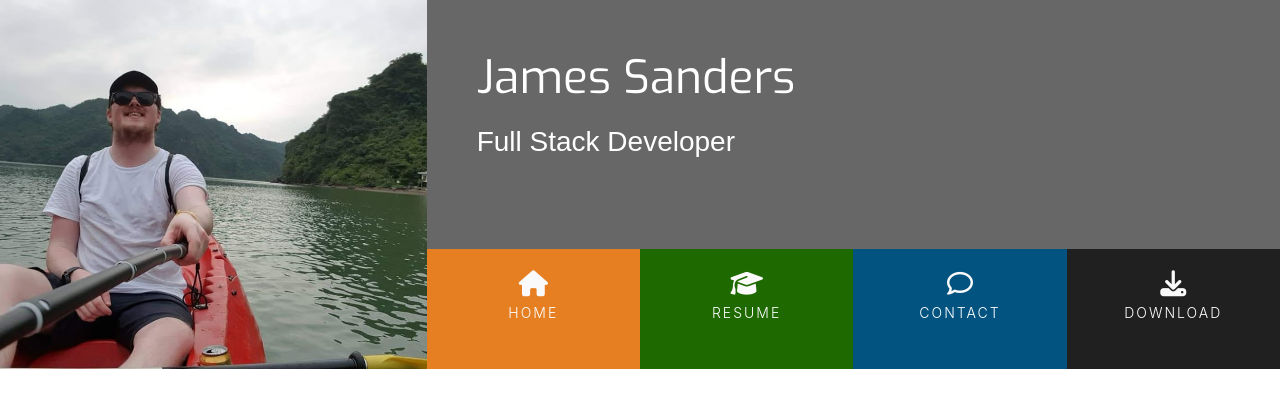
Repository: JaySanders95/my-online-resume
Page: index.html
An editor plug-in stored every save of this project. The page is shown before and after the next save, followed by the edit.
The browser window is 1280 px wide. The pictures show the whole page.
Some web fonts or font styles are not loaded; a fallback is used. Some web libraries are served in a nearby version.

Above is the page before, as saved 2023-04-19 17:16:56.

After the next save:
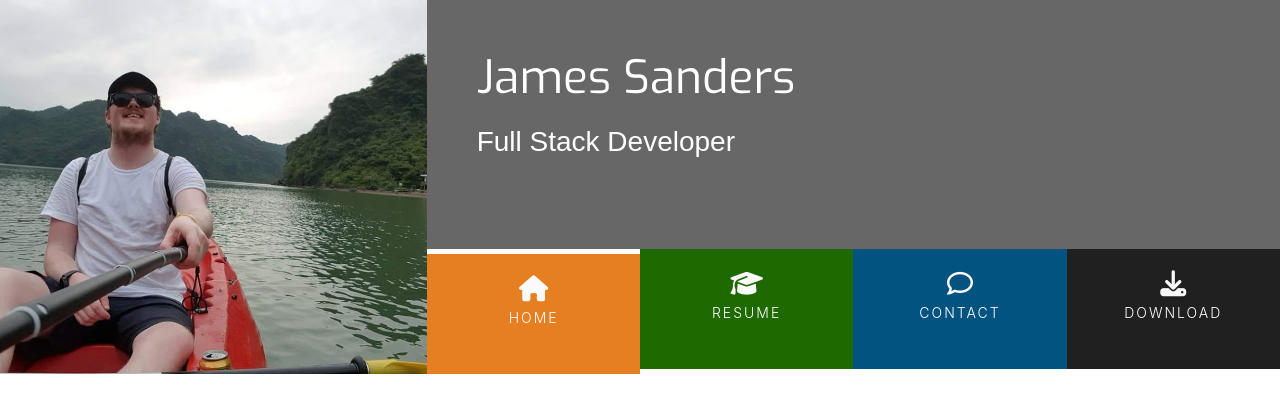
Saved 42 s later.
--- a/index.html
+++ b/index.html
@@ -28,7 +28,7 @@
                     <div class="col">
                         <ul id="nav" class="list-inline menucontainer">
                             <li class="col-6 col-sm-3 ui-menu-color-home list-inline-item menuitem">
-                                <a href="#" ><i class="fa fa-home" aria-hidden="true"></i><span>Home</span></a>
+                                <a href="#" class="hvr-bounce-to-bottom"><i class="fa fa-home" aria-hidden="true"></i><span>Home</span></a>
                             </li>
                             <li class="col-6 col-sm-3 ui-menu-color-resume list-inline-item menuitem">
                                 <a href="#"><i class="fa fa-graduation-cap" aria-hidden="true"></i><span>Resume</span></a>

After the save that followed:
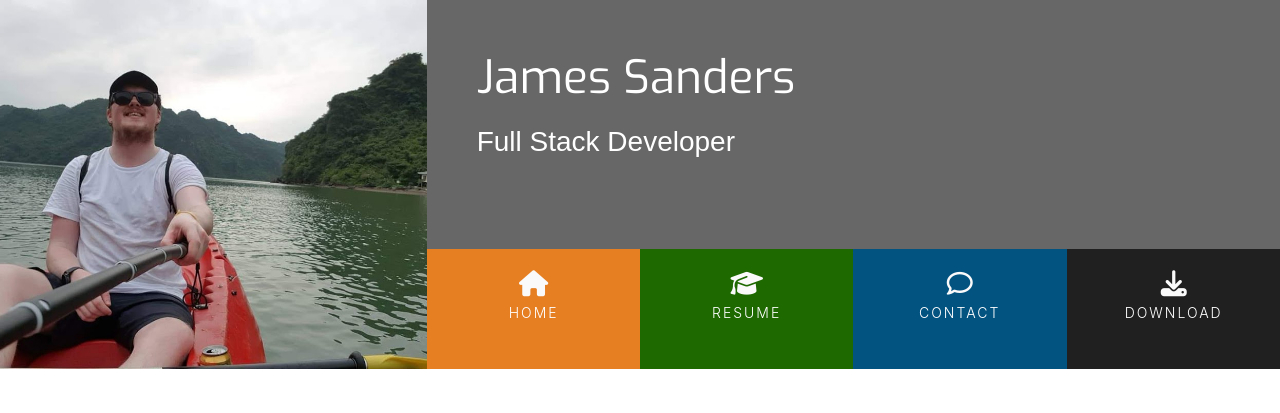
Saved 10 s later.
--- a/index.html
+++ b/index.html
@@ -31,13 +31,13 @@
                                 <a href="#" class="hvr-bounce-to-bottom"><i class="fa fa-home" aria-hidden="true"></i><span>Home</span></a>
                             </li>
                             <li class="col-6 col-sm-3 ui-menu-color-resume list-inline-item menuitem">
-                                <a href="#"><i class="fa fa-graduation-cap" aria-hidden="true"></i><span>Resume</span></a>
+                                <a href="#" class="hvr-bounce-to-bottom"><i class="fa fa-graduation-cap" aria-hidden="true"></i><span>Resume</span></a>
                             </li>
                             <li class="col-6 col-sm-3 ui-menu-color-contact list-inline-item menuitem">
-                                <a href="#"><i class="fa fa-comment-o" aria-hidden="true"></i><span>Contact</span></a>
+                                <a href="#" class="hvr-bounce-to-bottom"><i class="fa fa-comment-o" aria-hidden="true"></i><span>Contact</span></a>
                             </li>
                             <li class="col-6 col-sm-3 ui-menu-color-download list-inline-item menuitem">
-                                <a href="#"><i class="fa fa-download" aria-hidden="true"></i><span>Download</span></a>
+                                <a href="#" class="hvr-bounce-to-bottom"><i class="fa fa-download" aria-hidden="true"></i><span>Download</span></a>
                             </li>
                         </ul>
                     </div>
